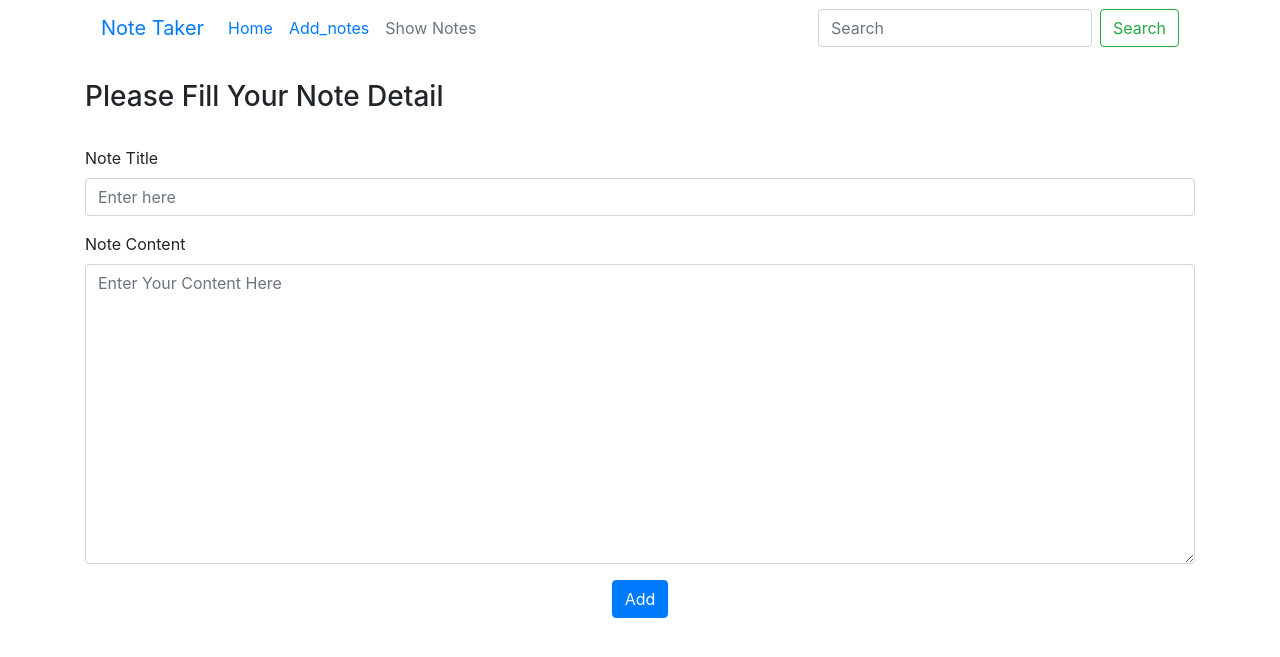
Repository: PratibhaMastud/index.jsp
Page: http://localhost/JavaWebApp/add_notes.jsp
An editor plug-in stored every save of this project. The page is shown before and after the next save, followed by the edit.
The browser window is 1280 px wide. The pictures show the whole page.
Some web libraries are served in a nearby version. The page is served by Tomcat 9. Other server files are loaded and not shown.

Above is the page before, as saved 2020-06-29 06:46:18.

### JavaWebApp/src/main/webapp/add_notes.jsp
<%@ page language="java" contentType="text/html; charset=ISO-8859-1"
    pageEncoding="ISO-8859-1"%>
<!DOCTYPE html>
<html>
<head>
<meta charset="ISO-8859-1">
<title>ADD NOTES</title>
	<%@include file="all_css_js.jsp"%>
</head>
<body>
<div class="container">
	<%@include file="navbar.jsp"%><br>
	<h3>Please Fill Your Note Detail</h3></br>

<!--this is add form  -->
<form action="SaveNoteServlet" method="post">

  <div class="form-group">
   	 <label for="title">Note Title</label>
   	 <input
   	 name="title"
     required
     type="text"
     class="form-control"
      id="title"
      aria-describedby="emailHelp"
     placeholder="Enter here" />
  </div>


  <div class="form-group">
    <label for="exampleInputPassword1">Note Content</label>
    <textarea
    	 name="content"
    	 required
    	 id="content"
    	  placeholder="Enter Your Content Here"
    	  class="form-control"
    	  style="height:300px"></textarea>
  </div>
  <div class="container text-center">
  	   <button type="submit" class="btn btn-primary">Add</button>
  </div>
</form>

</div>
</body>
</html>

### JavaWebApp/src/main/webapp/all_css_js.jsp
  <!-- Required meta tags -->

    <!-- Bootstrap CSS -->
    <link rel="stylesheet"
    href="https://maxcdn.bootstrapcdn.com/bootstrap/4.0.0/css/bootstrap.min.css"
    integrity="sha384-Gn5384xqQ1aoWXA+058RXPxPg6fy4IWvTNh0E263XmFcJlSAwiGgFAW/dAiS6JXm"
    crossorigin="anonymous">

	<link href="css/style.css" rel="stylesheet"/>

   <!-- Optional JavaScript -->
    <!-- jQuery first, then Popper.js, then Bootstrap JS -->
    <script src="https://code.jquery.com/jquery-3.2.1.slim.min.js"
     integrity="sha384-KJ3o2DKtIkvYIK3UENzmM7KCkRr/rE9/Qpg6aAZGJwFDMVNA/GpGFF93hXpG5KkN"
     crossorigin="anonymous"></script>
    <script src="https://cdnjs.cloudflare.com/ajax/libs/popper.js/1.12.9/umd/popper.min.js"
    integrity="sha384-ApNbgh9B+Y1QKtv3Rn7W3mgPxhU9K/ScQsAP7hUibX39j7fakFPskvXusvfa0b4Q"
    crossorigin="anonymous"></script>
    <script src="https://maxcdn.bootstrapcdn.com/bootstrap/4.0.0/js/bootstrap.min.js"
    integrity="sha384-JZR6Spejh4U02d8jOt6vLEHfe/JQGiRRSQQxSfFWpi1MquVdAyjUar5+76PVCmYl"
    crossorigin="anonymous"></script>

### JavaWebApp/src/main/webapp/navbar.jsp
<nav class="navbar navbar-expand-lg background : #3f51b5">
  <a class="navbar-brand" href="#">Note Taker</a>
  <button class="navbar-toggler" type="button" data-toggle="collapse" data-target="#navbarSupportedContent" aria-controls="navbarSupportedContent" aria-expanded="false" aria-label="Toggle navigation">
    <span class="navbar-toggler-icon"></span>
  </button>

  <div class="collapse navbar-collapse" id="navbarSupportedContent">
    <ul class="navbar-nav mr-auto">
      <li class="nav-item active">
        <a class="nav-link" href="index.jsp">Home<span class="sr-only">(current)</span></a>
      </li>
      <li class="nav-item">
        <a class="nav-link" href="add_notes.jsp">Add_notes</a>
      </li>

      <li class="nav-item">
        <a class="nav-link disabled" href="all_notes.jsp">Show Notes</a>
      </li>
    </ul>
    <form class="form-inline my-2 my-lg-0">
      <input class="form-control mr-sm-2" type="search" placeholder="Search" aria-label="Search">
      <button class="btn btn-outline-success my-2 my-sm-0" type="submit">Search</button>
    </form>
  </div>
</nav>

### JavaWebApp/src/main/webapp/css/style.css
.purple{
	background : #3f51b5;
}

After the next save:
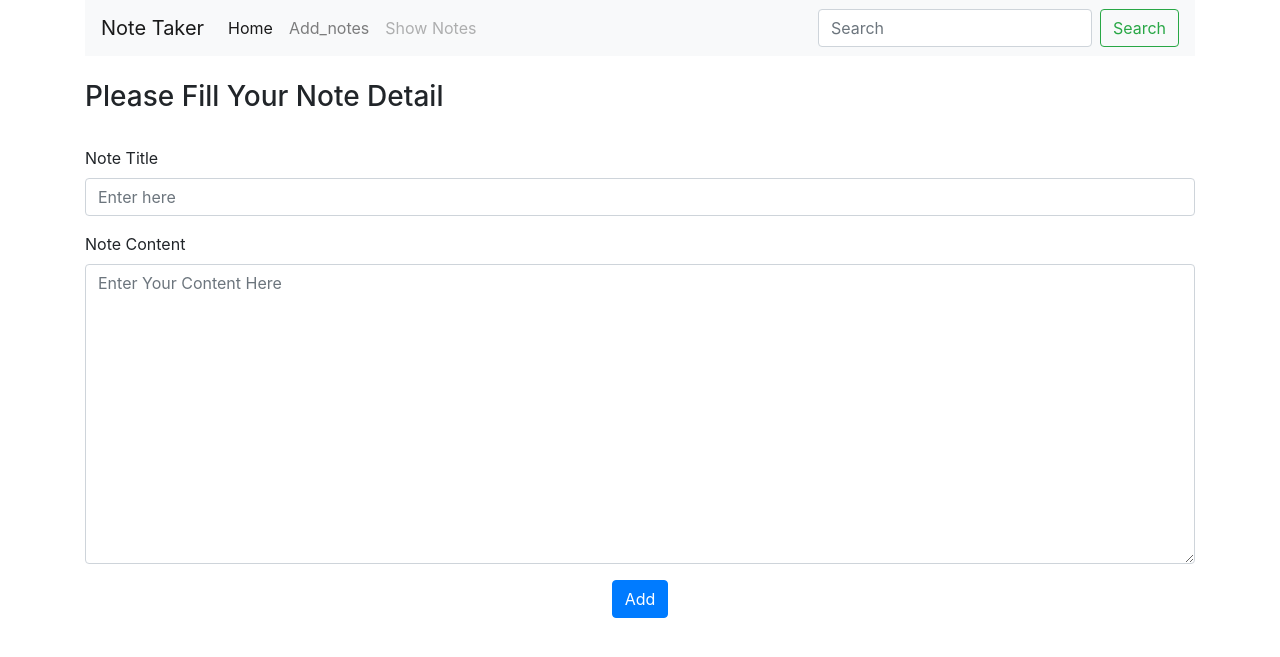
Saved 43 s later.
--- a/JavaWebApp/src/main/webapp/navbar.jsp
+++ b/JavaWebApp/src/main/webapp/navbar.jsp
@@ -1,4 +1,4 @@
-<nav class="navbar navbar-expand-lg background : #3f51b5">
+<nav class="navbar navbar-expand-lg navbar-light bg-light">
   <a class="navbar-brand" href="#">Note Taker</a>
   <button class="navbar-toggler" type="button" data-toggle="collapse" data-target="#navbarSupportedContent" aria-controls="navbarSupportedContent" aria-expanded="false" aria-label="Toggle navigation">
     <span class="navbar-toggler-icon"></span>
